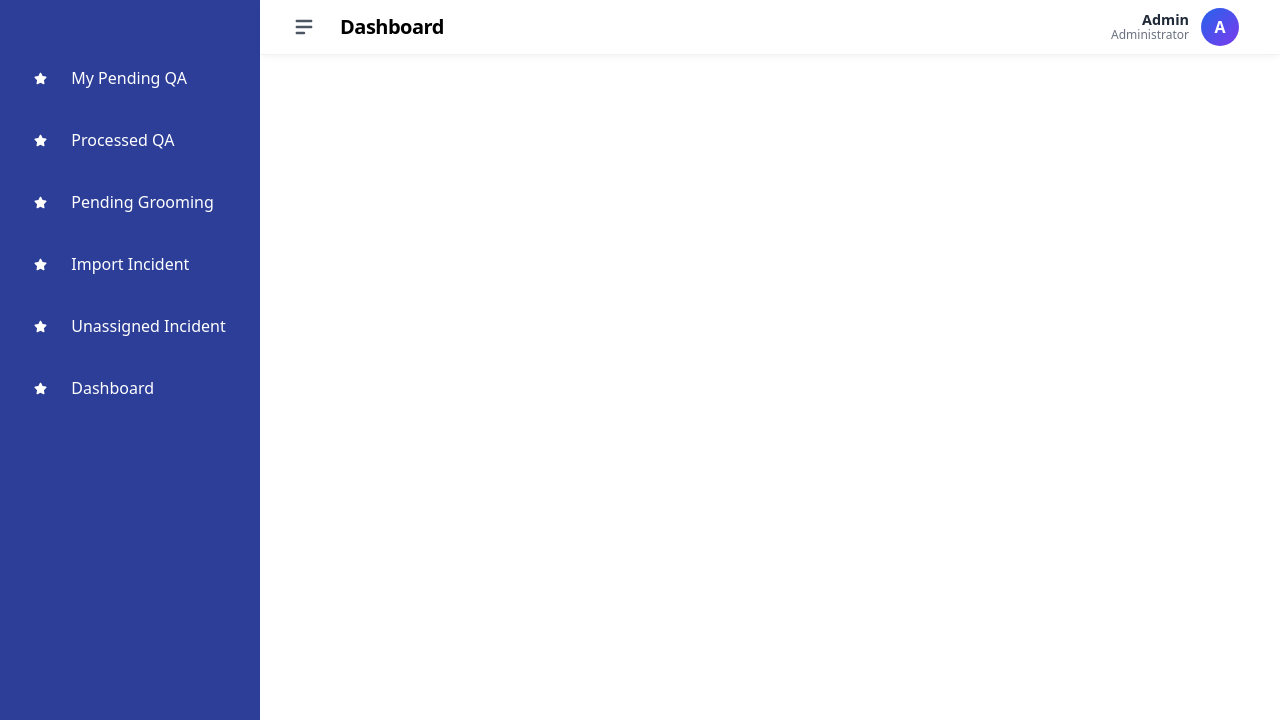
Repository: ArunGOW/ServiceNow_QA-audit
Page: /dashboard
The author's editor kept a copy of each file at every save. The page is drawn from the files as they stood at one save, then again after the next save.
The browser window is 1280 px wide. The pictures show the whole page.
The project was rebuilt for these pictures with package versions that can differ from the ones it lists, and the page was loaded fresh each time. Some packages were replaced by stand-ins written for this rebuild. Also part of the build but not shown: vite.config.js, src/components/Login.jsx, src/utils/logger.jsx, src/hooks/usePendingIncidents.jsx, src/components/PendingQATable.css, src/components/tables/PendingQATable.jsx, src/components/PaginationControls.css, src/components/PaginationControls.jsx and 16 more.

Above is the page before, as saved 2026-01-14 03:53:13.

After the next save:
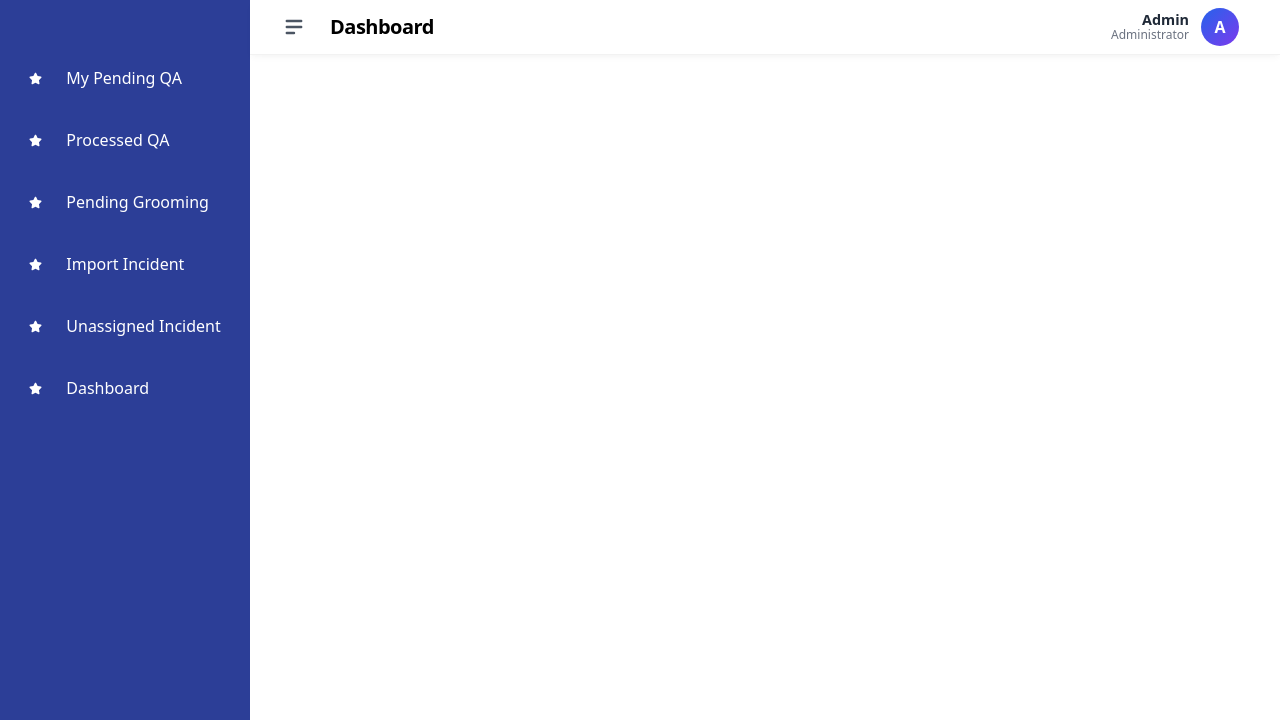
Saved 4 min 22 s later.
--- a/src/components/layout/Sidebar.css
+++ b/src/components/layout/Sidebar.css
@@ -68,7 +68,7 @@
 
 /* Sidebar Main - Using your original background style */
 .sidebar {
-  width: 260px;
+  width: 250px;
   height: 100vh;
   background-color:#2c3e97; /* Reverted to your original blue */
   padding: 20px 15px;
